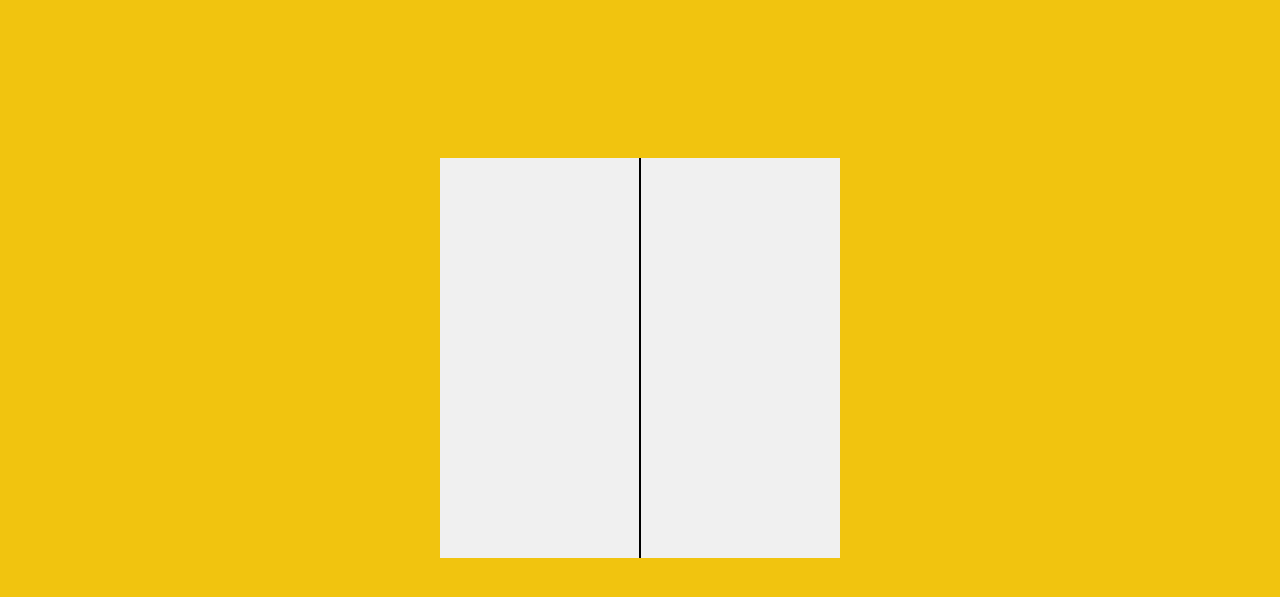
Repository: animarcus/graphing-app
Page: index.html
These files come from the project's save history. The page is drawn as it stood at one moment and after the next save; the edit follows.
The browser window is 1280 px wide. The pictures show the whole page.
Some web libraries are served in a nearby version.

Above is the page before, as saved 2020-09-26 19:12:58.

### index.html
<!DOCTYPE html>
<html lang="en">
<head>
  <link rel="apple-touch-icon"sizes="180x180"href="/icons/apple-touch-icon.png">
  <link rel="icon"type="image/png"sizes="32x32"href="/icons/favicon-32x32.png">
  <link rel="icon"type="image/png"sizes="16x16"href="/icons/favicon-16x16.png">
  <link rel="manifest"href="/icons/site.webmanifest">

  <link rel="stylesheet" href="css/style.css">
  <meta charset="UTF-8">
  <meta name="viewport" content="width=device-width, initial-scale=1.0, maximum-scale=1.0, user-scalable=0">
  <title>PLACEHOLDER</title>

  <script type="text/javascript" src="https://cdn.jsdelivr.net/npm/p5@1.1.4/lib/p5.min.js"></script>
  <script src="js/sketch.js"></script>
</head>
<body>
  <div id="canvas1"></div>
</body>
</html>

### css/style.css
* {
  cursor: default;
  /* -webkit-touch-callout: none;
  -webkit-user-select: none;
  -khtml-user-select: none;
  -moz-user-select: none;
  -ms-user-select: none;
  user-select: none; */
}
body {
  background: #f1c40f;
  height: 100%;
  overflow-y: hidden;
  overflow-x: hidden;
  /* border-radius: 50%; */
}

#canvas1 {
  position: absolute;
  top:50%;
  left:50%;
  transform: translate(-50%,-50%);
}

### js/sketch.js

let canvasW = 400;
let canvasH = 400;

function setup() {
  let canvas = createCanvas(canvasW,canvasH);
  canvas.parent("canvas1");

  background(240);
}


function draw() {
  fill(color("green"));
  translate(canvasW/2, canvasH/2);
  // rect(0,0,50,50);
  drawHandlers.drawGrid();
}


let drawHandlers = {
  drawGrid : function() {
    console.table(-canvasH/2, canvasH/2);

    // translate(canvasW/2, canvasH/2);
    stroke(0);
    strokeWeight(2)
    line(0, -canvasH/2, 0, canvasH/2);

  }
}

After the next save:
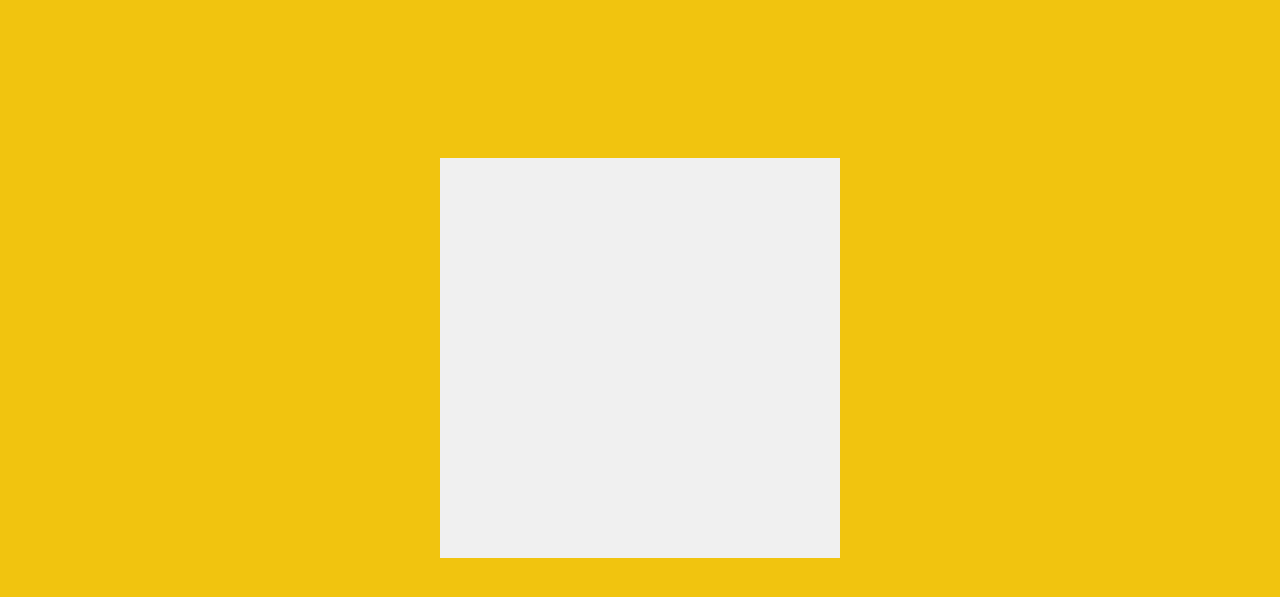
Saved 26 s later.
--- a/js/sketch.js
+++ b/js/sketch.js
@@ -23,8 +23,8 @@
     console.table(-canvasH/2, canvasH/2);
 
     // translate(canvasW/2, canvasH/2);
-    stroke(0);
-    strokeWeight(2)
+    stroke(0, 0.5);
+    strokeWeight(2);
     line(0, -canvasH/2, 0, canvasH/2);
 
   }

After the 4 saves that followed:
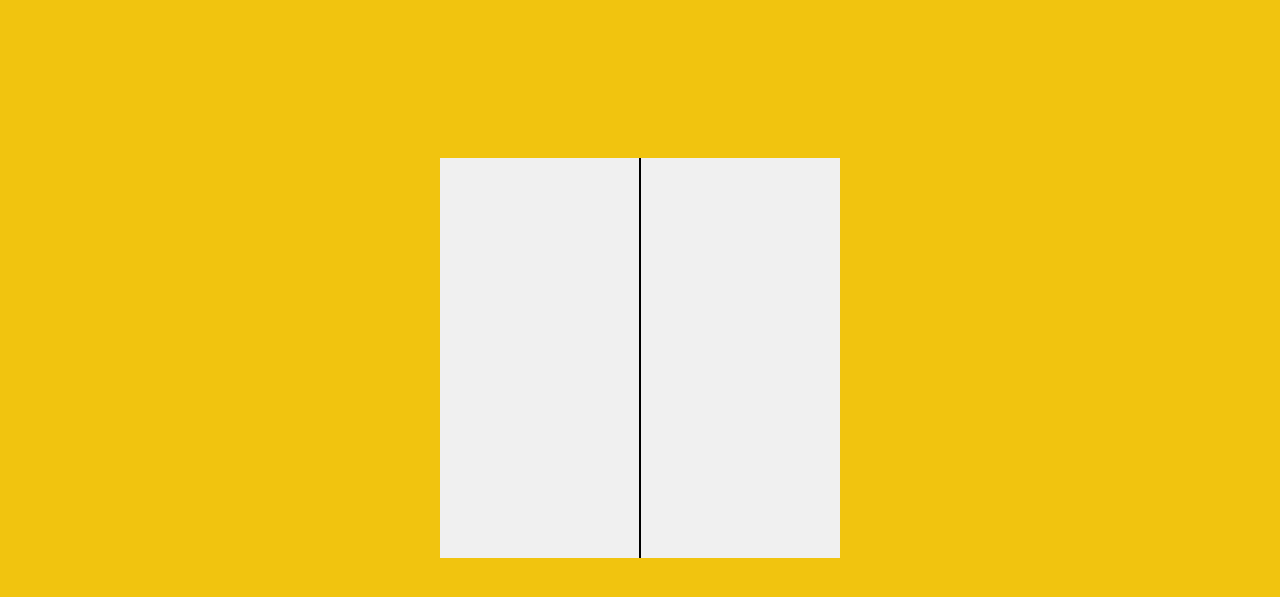
The 4 saves are shown as one change because they came seconds apart.
The last was saved 48 s later.
--- a/js/sketch.js
+++ b/js/sketch.js
@@ -23,7 +23,7 @@
     console.table(-canvasH/2, canvasH/2);
 
     // translate(canvasW/2, canvasH/2);
-    stroke(0, 0.5);
+    stroke(0, [100]);
     strokeWeight(2);
     line(0, -canvasH/2, 0, canvasH/2);
 
